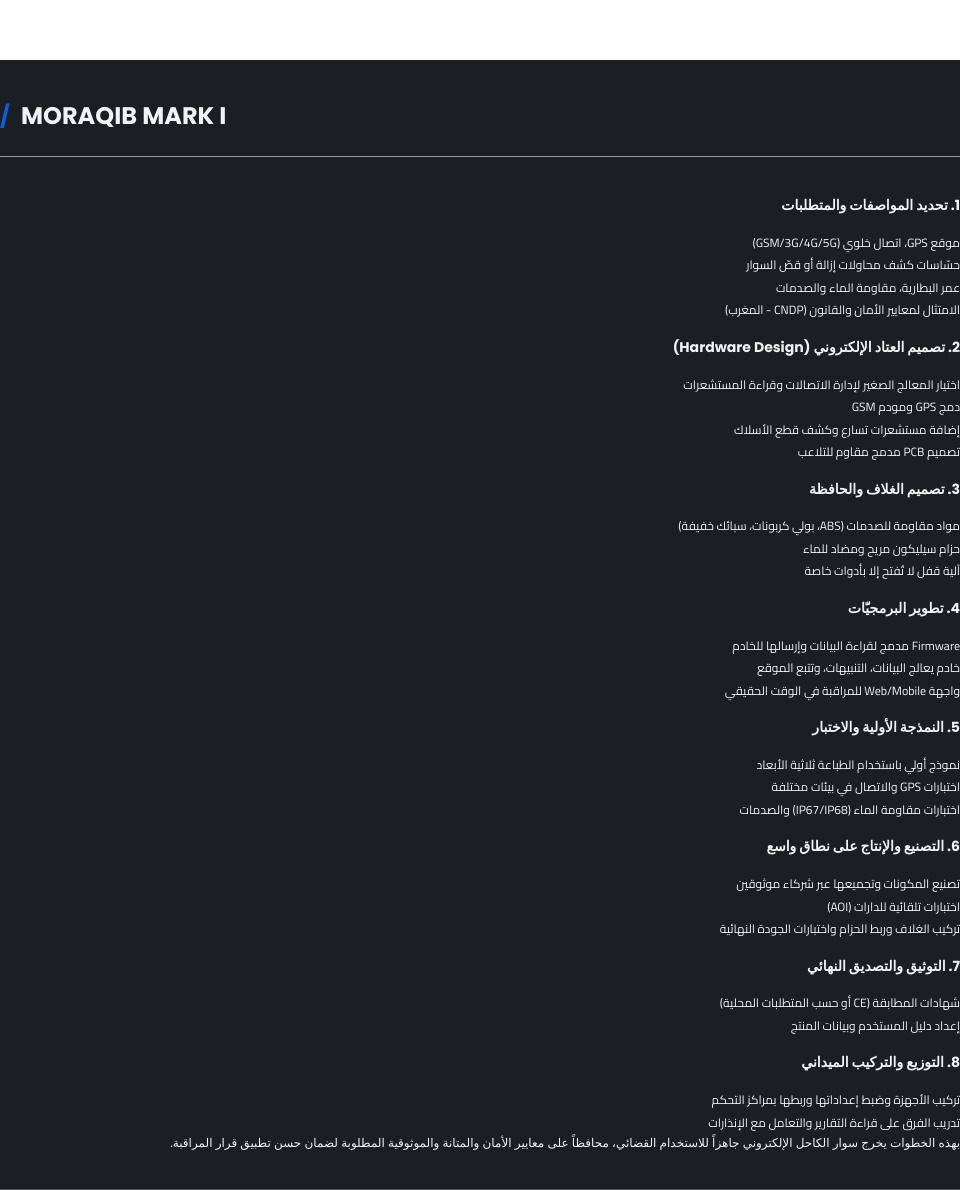
Repository: ayoubgharts/nextjs_protfolio
Page: /tutorials
These files come from the project's save history. The page is drawn as it stood at one moment and after the next save; the edit follows.
The browser window is 1280 px wide. The pictures show the whole page, at 75% of full size.
The project was rebuilt for these pictures with package versions that can differ from the ones it lists, and the page was loaded fresh each time. The framework's server and built-in components were replaced by stand-ins that run in the browser. Also part of the build but not shown: next.config.mjs.

Above is the page before, as saved 2025-06-01 00:35:24.

After the next save:
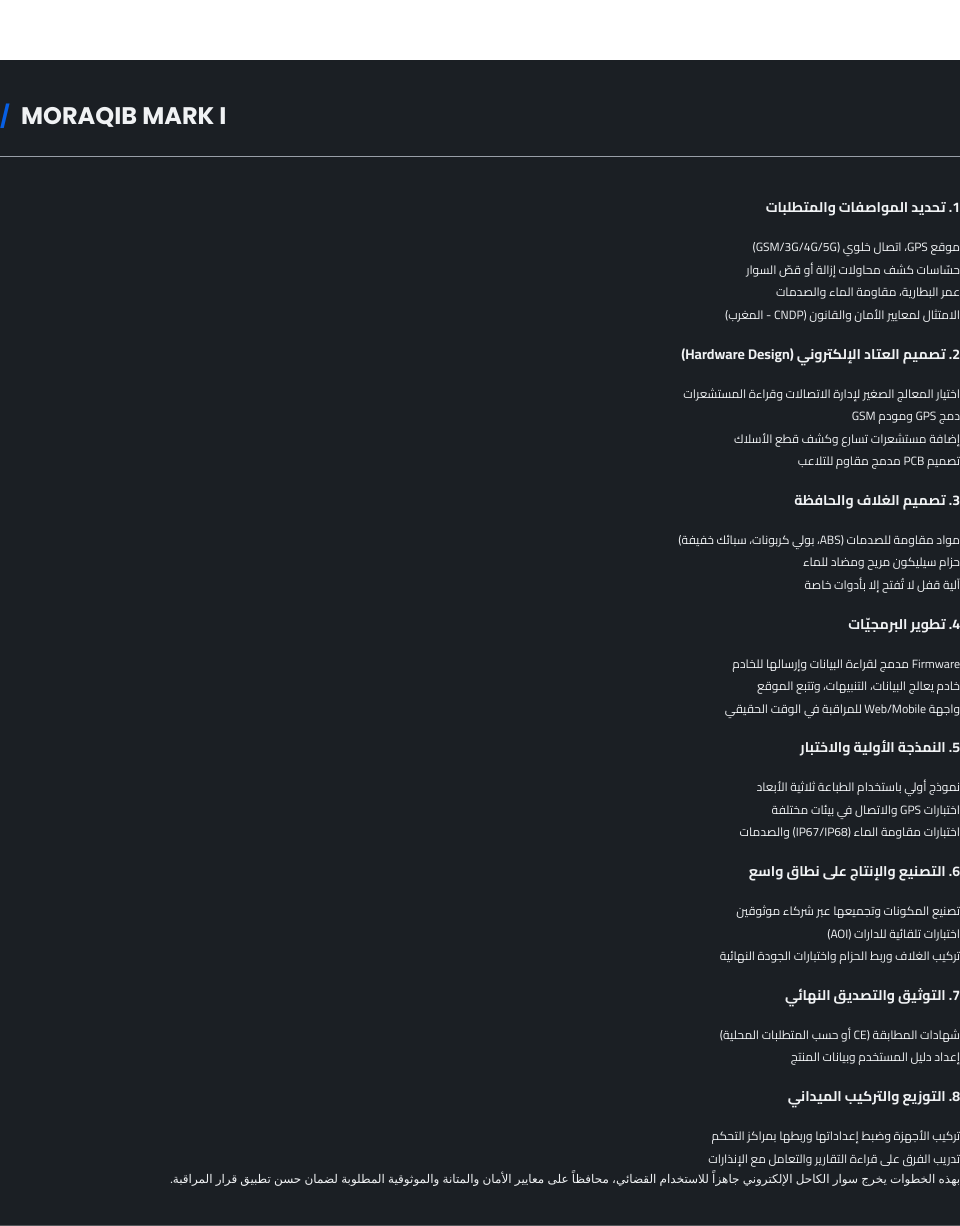
Saved 8 s later.
--- a/src/app/tutorials/tutorials.module.css
+++ b/src/app/tutorials/tutorials.module.css
@@ -36,6 +36,7 @@
 }
 .project h3{
     margin: 20px 0;
+    font-family: "Cairo";
 }
 .project ul li{
     font-family: "Cairo";
